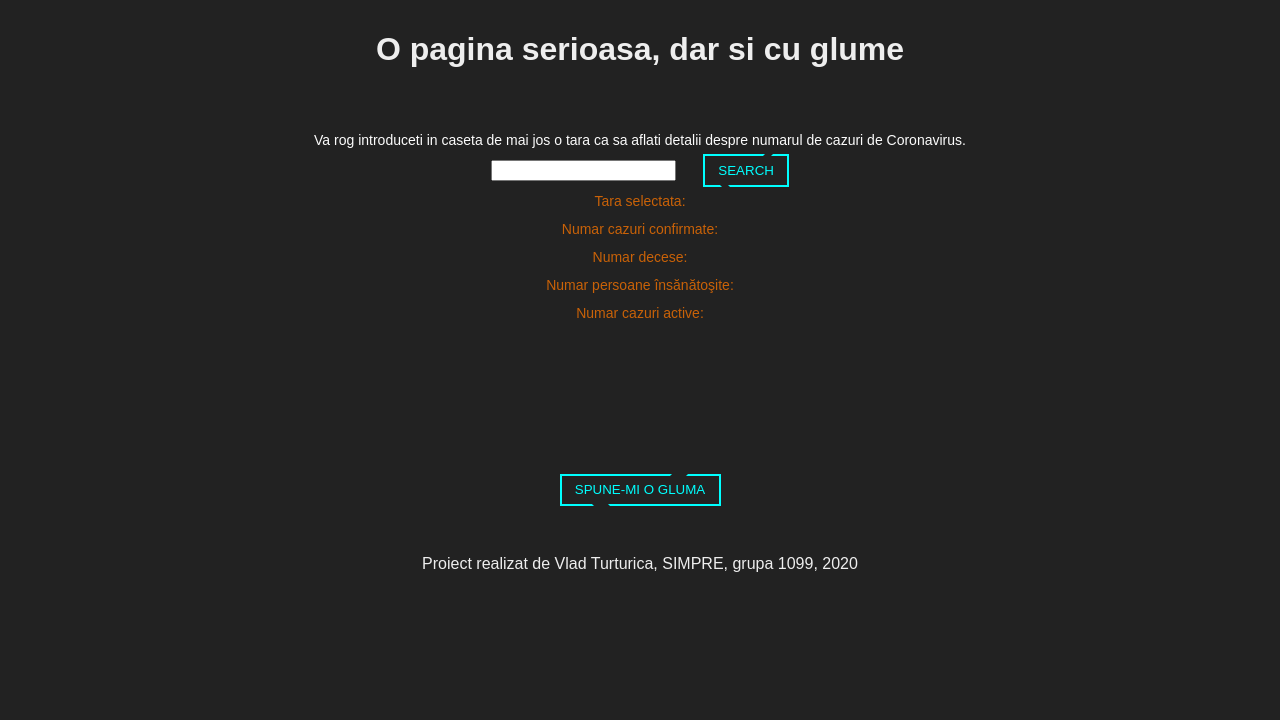
Repository: vladturturica97/proiect-cc2
Page: server/frontend/index.html
The author's editor kept a record of every edit. The page is drawn from the files as they stood at one moment, then again after the next edit.
The browser window is 1280 px wide. The pictures show the whole page.

Above is the page before.

### server/frontend/index.html
<html>
<head>
    <style type="text/css">
        body {
            display: flex;
          flex-direction: column;
          height: 93vh;
          justify-content: center;
          align-items: center;
          background: #222;
          color: #eee;
          font-family: "Dosis", sans-serif;

        }

        .spoiler, .spoiler2{
            color: black;
            background-color:black;
        }

        .spoiler:hover{
            color: white;
        }

        .spoiler2:hover {
            background-color:white;
        }
        .underlined-a {
              text-decoration: none;
              color: aqua;
              padding-bottom: 0.15em;
              box-sizing: border-box;
              box-shadow: inset 0 -0.2em 0 aqua;
              transition: 0.2s;
        }
        .underlined-a:hover {
            color: #222;
            box-shadow: inset 0 -2em 0 aqua;
            transition: all 0.45s cubic-bezier(0.86, 0, 0.07, 1);
        }

        .brk-btn {
  position: relative;
  background: none;
  color: aqua;
  text-transform: uppercase;
  text-decoration: none;
  border: 0.2em solid aqua;
  padding: 0.5em 1em;

    }


  .brk-btn:before {
    content: "";
    display: block;
    position: absolute;
    width: 10%;
    background: #222;
    height: 0.3em;
    right: 20%;
    top: -0.21em;
    transform: skewX(-45deg);
    -webkit-transition: all 0.45s cubic-bezier(0.86, 0, 0.07, 1);
    transition: all 0.45s cubic-bezier(0.86, 0, 0.07, 1);
  }
  .brk-btn:after {
    content: "";
    display: block;
    position: absolute;
    width: 10%;
    background: #222;
    height: 0.3em;
    left: 20%;
    bottom: -0.25em;
    transform: skewX(45deg);
    -webkit-transition: all 0.45 cubic-bezier(0.86, 0, 0.07, 1);
    transition: all 0.45s cubic-bezier(0.86, 0, 0.07, 1);
  }
  .brk-btn:hover::before {
      right: 80%;
    }
   .brk-btn:hover::after {
      left: 80%;
    }

    p {
	font-size: 14;
	font-weight: 400;
	line-height: 2;
	margin-bottom: 1.5em;
	color: #fcfcfc;
	text-align: center;
    }
    /*h1 {
	font-size: calc(2.8em + 2.6vw);
	font-weight: 700;
	letter-spacing: .01em;
	padding: 10rem 0 0 4.5rem;
	text-shadow: .022em .022em .022em #111;
	color: #fff;
    }*/
    header {
    position: absolute;
      left: 50%;
      top: 50px;
      transform: translate(-50%, -50%);
      width: 600px;
      text-align: center;
    }

    .footer {
        position: fixed;
        height: 50px;
        background-color: red;
        bottom: 0px;
        left: 0px;
        right: 0px;
        margin-bottom: 0px;
    }
  </style>
</head>
<header><h1>O pagina serioasa, dar si cu glume</h1></header>
<body>


<script>
    function isEmpty(obj) {
        for(var key in obj) {
            if(obj.hasOwnProperty(key))
                return false;
            }
                return true;
    }

    function readCovidJson(){
            if(this.readyState == 4 && this.status == 200){
                var jsonn = JSON.parse(this.responseText);
                if(isEmpty(jsonn)){
                    window.alert("Tara invalida");
                }
                else {
                    var lastElement = jsonn[jsonn.length-1];
                    var country = lastElement.Country;
                    document.getElementById('country').innerHTML = country;

                    var confirmed = lastElement.Confirmed;
                    document.getElementById('confirmed').innerHTML = confirmed;

                    var deaths = lastElement.Deaths;
                    document.getElementById('deaths').innerHTML = deaths;

                    var recovered = lastElement.Recovered;
                    document.getElementById('recovered').innerHTML = recovered;

                    var active = lastElement.Active;
                    document.getElementById('active').innerHTML = active;
                }
            }
    }

    function importCountry(){
        var countryInput = document.getElementById("countryInput").value;

        var xhr = new XMLHttpRequest();
        xhr.overrideMimeType("application/json");
        xhr.onreadystatechange = readCovidJson;
        xhr.open("POST", "/country", true);
        xhr.setRequestHeader('Content-Type', 'application/json;charset=UTF-8');
        xhr.send(JSON.stringify({country: countryInput}));
        console.log(xhr);

    }

    function readJoke(){
            if(this.readyState == 4 && this.status == 200){
                var jsonn = JSON.parse(this.responseText);
                var jokeSetup = jsonn[0].setup;
                document.getElementById('jokeSetup').innerHTML = jokeSetup;

                var jokePunchline = jsonn[0].punchline;
                document.getElementById('jokePunchline').innerHTML = jokePunchline;
                }
    }

    function importJoke(){
        var xhr = new XMLHttpRequest();
        xhr.overrideMimeType("application/json");
        xhr.onreadystatechange = readJoke;
        xhr.open("POST", "/joke", true);
        xhr.setRequestHeader('Content-Type', 'application/json;charset=UTF-8');
        xhr.send(null);
    }
</script>

<p>
Va rog introduceti in caseta de mai jos o tara ca sa aflati detalii despre numarul de cazuri de Coronavirus.<br>
<input type="text" id="countryInput" name="search">&nbsp;&nbsp;&nbsp;&nbsp;&nbsp;&nbsp;
<button onclick="importCountry()" class="brk-btn">Search</button><br>

        <label style="color:#c96208" > Tara selectata: </label>
        <label id="country" class="underlined-a">  </label><br>
        <label style="color:#c96208" > Numar cazuri confirmate: </label>
        <label id="confirmed" class="underlined-a">  </label><br>
        <label style="color:#c96208" > Numar decese: </label>
        <label id="deaths" class="underlined-a">  </label><br>
        <label style="color:#c96208"> Numar persoane însănătoşite: </label>
        <label id="recovered" class="underlined-a">  </label><br>
        <label style="color:#c96208"> Numar cazuri active: </label>
        <label id="active" class="underlined-a" >  </label><br><br><br><br><br>
    </p>

    <p>
        <button onclick="importJoke()" class="brk-btn">Spune-mi o gluma</button><br>
        <label id="jokeSetup"> </label><br>
        <span class="spoiler2"> <label id="jokePunchline">              </label> </span>
    </p>

</body>
    <footer>Proiect realizat de Vlad Turturica, SIMPRE, grupa 1099, 2020</footer>
</html>

After the next edit:
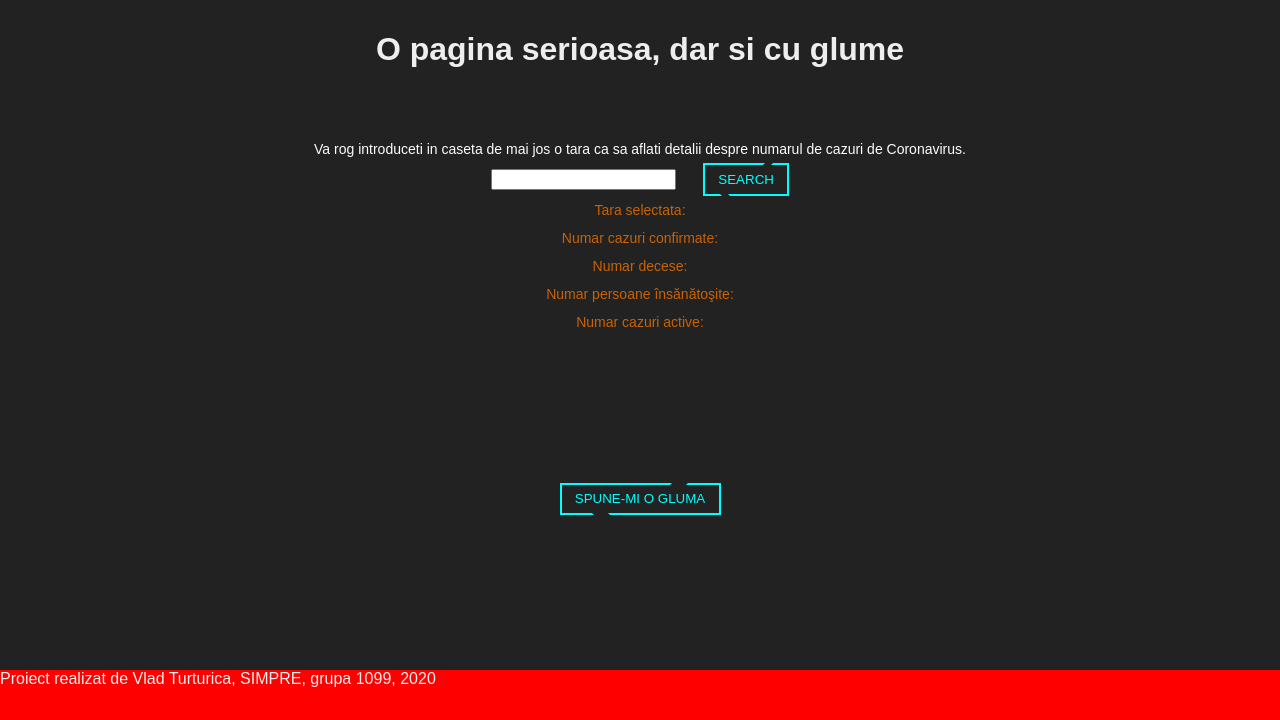
The edit:
--- a/server/frontend/index.html
+++ b/server/frontend/index.html
@@ -109,7 +109,7 @@
       text-align: center;
     }
 
-    .footer {
+    footer {
         position: fixed;
         height: 50px;
         background-color: red;
